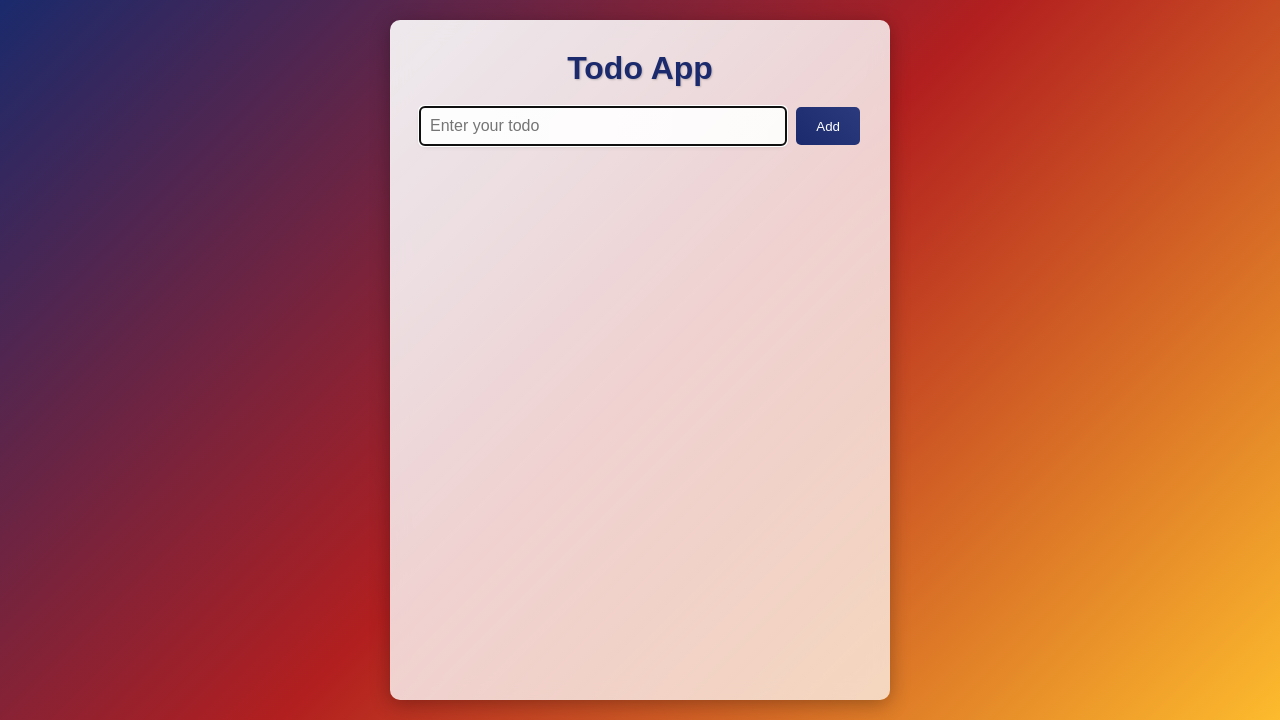
Repository: Teycir/todo-app
Page: index.html
An editor plug-in stored every save of this project. The page is shown before and after the next save, followed by the edit.
The browser window is 1280 px wide. The pictures show the whole page.

Above is the page before, as saved 2024-11-07 18:04:20.

After the next save:
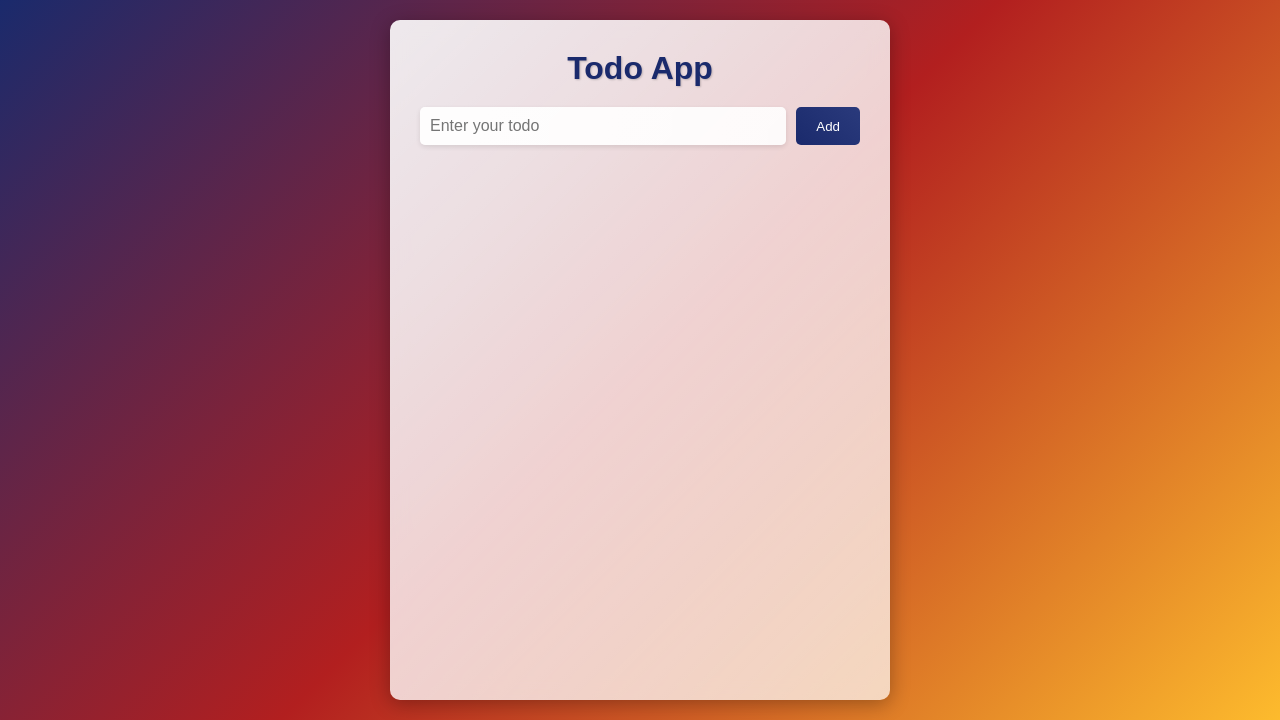
Saved 2 min 59 s later.
--- a/script.js
+++ b/script.js
@@ -3,8 +3,31 @@ document.addEventListener('DOMContentLoaded', () => {
     const addTodoBtn = document.getElementById('addTodo');
     const todoList = document.getElementById('todoList');
 
-    // Load todos from localStorage
-    let todos = JSON.parse(localStorage.getItem('todos')) || [];
+    // Load todos from localStorage and txt file
+    let todos = [];
+
+    // Function to save todos to txt file
+    async function saveTodosTxt() {
+        const todoText = todos.map(todo =>
+            `[${todo.completed ? 'x' : ' '}] ${todo.text}`
+        ).join('\n');
+
+        try {
+            const blob = new Blob([todoText], { type: 'text/plain' });
+            const handle = await window.showSaveFilePicker({
+                suggestedName: 'todos.txt',
+                types: [{
+                    description: 'Text Files',
+                    accept: { 'text/plain': ['.txt'] },
+                }],
+            });
+            const writable = await handle.createWritable();
+            await writable.write(blob);
+            await writable.close();
+        } catch (err) {
+            console.error('Failed to save todos to file:', err);
+        }
+    }
 
     // Add ripple effect to buttons
     function createRipple(event) {
@@ -83,9 +106,38 @@ document.addEventListener('DOMContentLoaded', () => {
         });
     }
 
-    // Save todos to localStorage
+    // Save todos to localStorage and txt file
     function saveTodos() {
         localStorage.setItem('todos', JSON.stringify(todos));
+        saveTodosTxt(); // Save to txt file
+    }
+
+    // Load todos from txt file
+    async function loadTodosFromFile() {
+        try {
+            const [fileHandle] = await window.showOpenFilePicker({
+                types: [{
+                    description: 'Text Files',
+                    accept: { 'text/plain': ['.txt'] },
+                }],
+            });
+            const file = await fileHandle.getFile();
+            const content = await file.text();
+
+            // Parse the txt file content
+            todos = content.split('\n').map(line => ({
+                text: line.substring(4),
+                completed: line.startsWith('[x]')
+            })).filter(todo => todo.text);
+
+            renderTodos();
+            saveTodos();
+        } catch (err) {
+            console.error('Failed to load todos from file:', err);
+            // Load from localStorage as fallback
+            todos = JSON.parse(localStorage.getItem('todos')) || [];
+            renderTodos();
+        }
     }
 
     // Add new todo
@@ -147,7 +199,6 @@ document.addEventListener('DOMContentLoaded', () => {
     `;
     document.head.appendChild(style);
 
-    // Initial render
-    renderTodos();
-    todoInput.focus();
+    // Load todos on startup
+    loadTodosFromFile();
 });
